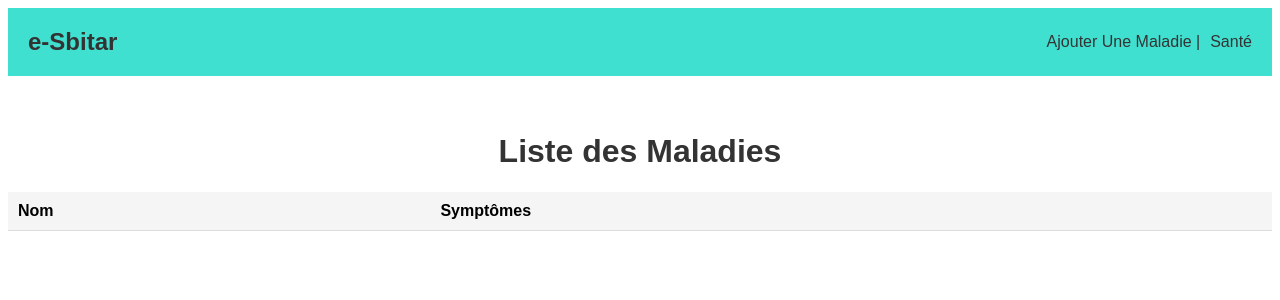
Repository: Sidel-malek/e-sbitar
Page: http://localhost/singup/maladies
An editor plug-in stored every save of this project. The page is shown before and after the next save, followed by the edit.
The browser window is 1280 px wide. The pictures show the whole page.
The page is served by Tomcat 9. Other server files are loaded and not shown. Queries for data that is not in the repository find no rows.

Above is the page before, as saved 2023-06-03 03:07:04.

### authentification/singup/src/main/webapp/Santé.jsp
<%@ taglib prefix="c" uri="http://java.sun.com/jsp/jstl/core" %>
<!DOCTYPE html>
<html>
<head>
    <meta charset="UTF-8">
    <title>Liste des Maladies</title>
    <style>
        body {
            font-family: Arial, sans-serif;
        }
        h1 {
            text-align: center;
            color: #333;
        }
        table {
            width: 100%;
            border-collapse: collapse;
            margin-top: 20px;
        }
        th, td {
            padding: 10px;
            text-align: left;
            border-bottom: 1px solid #ddd;
        }
        th {
            background-color: #f5f5f5;
        }
        tr:hover {
            background-color: #f9f9f9;
        }
    </style>
</head>
<body>
    <jsp:include page="navbar.jsp" />
    <br>
    <br>

    <h1>Liste des Maladies</h1>
    <table>
        <tr>
            <th>Nom</th>
            <th>Symptômes</th>
        </tr>
        <c:forEach items="${maladies}" var="maladie">
            <tr>
                <td>${maladie.nom}</td>
                <td>${maladie.symptome}</td>
            </tr>
        </c:forEach>
    </table>
</body>
</html>

### authentification/singup/src/main/webapp/navbar.jsp
<%@ page language="java" contentType="text/html; charset=ISO-8859-1"
    pageEncoding="ISO-8859-1"%>
<div class="navbar">
    <h1 class="app-name"> e-Sbitar </h1>
    <ul class="nav-links">
        <li><a href="prestataire.jsp">Ajouter Une Maladie  | </a></li>
        <li><a href="${pageContext.request.contextPath}/maladies">Santé</a></li>
    </ul>
</div>

<style>
    .navbar {
        background-color: #40E0D0	;
        padding: 20px;
        display: flex;
        justify-content: space-between;
        align-items: center;
    }

    .app-name {
        color: #333;
        font-size: 24px;
        margin: 0;
    }

    .nav-links {
        list-style: none;
        margin: 0;
        padding: 0;
        display: flex;
    }

    .nav-links li {
        margin-left: 10px;
    }

    .nav-links li:first-child {
        margin-left: auto;
    }

    .nav-links li a {
        color: #333;
        text-decoration: none;
    }
</style>

### authentification/singup/src/main/java/web/registrationservlet/MaladieServlet.java
package web.registrationservlet;

import java.io.IOException;
import java.sql.Connection;
import java.sql.DriverManager;
import java.sql.PreparedStatement;
import java.sql.ResultSet;
import java.sql.SQLException;
import java.util.ArrayList;
import java.util.List;

import javax.servlet.RequestDispatcher;
import javax.servlet.ServletException;
import javax.servlet.annotation.WebServlet;
import javax.servlet.http.HttpServlet;
import javax.servlet.http.HttpServletRequest;
import javax.servlet.http.HttpServletResponse;

@WebServlet("/maladies")

public class MaladieServlet extends HttpServlet {

    private static final long serialVersionUID = 1L;
    RequestDispatcher dispatcher = null;
	Connection con =null ;

    protected void doGet(HttpServletRequest request, HttpServletResponse response)
            throws ServletException, IOException {


        try {

        	Class.forName("com.mysql.cj.jdbc.Driver");

    		con = DriverManager.getConnection("jdbc:mysql://localhost:3306/project?serverTimezone=Europe/Paris" , "Malek" , "38032591@malek.dz" ) ;

            String sql = "SELECT nom, id_symptome FROM maladie";
            PreparedStatement statement = con.prepareStatement(sql);
            ResultSet resultSet = statement.executeQuery();

            List<Maladie> maladies = new ArrayList<Maladie>();

            while (resultSet.next()) {
                String nom = resultSet.getString("nom");
                String symptome = resultSet.getString("id_symptome");
                Maladie maladie = new Maladie(nom, symptome);
                maladies.add(maladie);
            }

            request.setAttribute("maladies", maladies);

            request.getRequestDispatcher("Santé.jsp").forward(request, response);

        } catch (SQLException e) {
            e.printStackTrace();
        } catch (ClassNotFoundException e) {
			// TODO Auto-generated catch block
			e.printStackTrace();
		}
    }
}

After the next save:
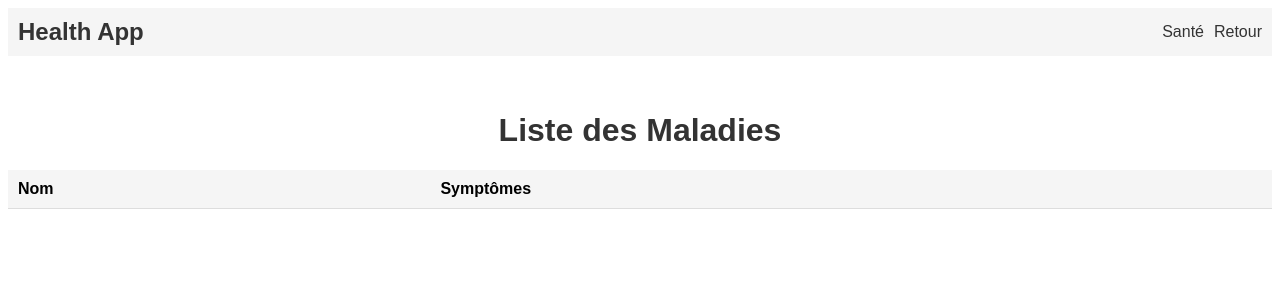
Saved 32 s later.
--- a/authentification/singup/src/main/webapp/Santé.jsp
+++ b/authentification/singup/src/main/webapp/Santé.jsp
@@ -11,6 +11,7 @@
         h1 {
             text-align: center;
             color: #333;
+            margin-top: 20px;
         }
         table {
             width: 100%;
@@ -28,13 +29,46 @@
         tr:hover {
             background-color: #f9f9f9;
         }
+        /* Navbar styles */
+        .navbar {
+            background-color: #f5f5f5;
+            padding: 10px;
+            display: flex;
+            justify-content: space-between;
+            align-items: center;
+        }
+        .navbar-logo {
+            font-size: 24px;
+            font-weight: bold;
+            text-decoration: none;
+            color: #333;
+        }
+        .navbar-menu {
+            display: flex;
+        }
+        .navbar-item {
+            margin-left: 10px;
+        }
+        .navbar-item a {
+            text-decoration: none;
+            color: #333;
+        }
     </style>
 </head>
 <body>
-    <jsp:include page="navbar.jsp" />
+    <div class="navbar">
+        <a href="#" class="navbar-logo">Health App</a>
+        <div class="navbar-menu">
+            <div class="navbar-item">
+                <a href="Santé.jsp">Santé</a>
+            </div>
+            <div class="navbar-item">
+                <a href="index.jsp">Retour</a>
+            </div>
+        </div>
+    </div>
     <br>
     <br>
-
     <h1>Liste des Maladies</h1>
     <table>
         <tr>
